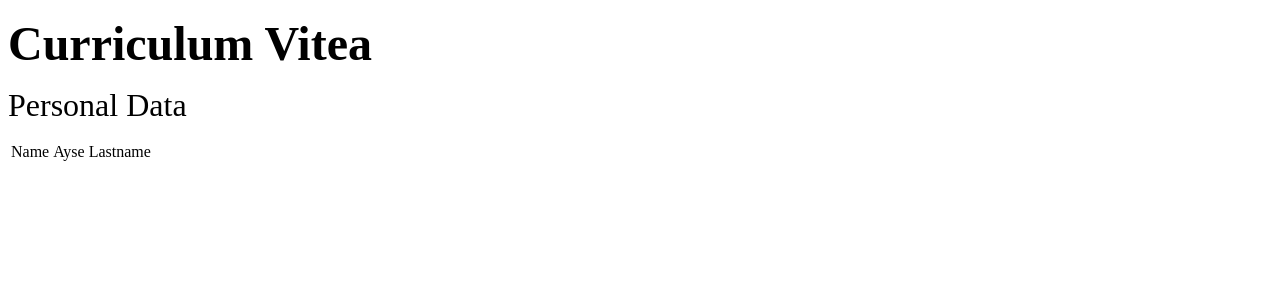
Repository: aysedo/html
Page: Week_2/profile/index.html
The author's editor kept a copy of each file at every save. The page is drawn from the files as they stood at one save, then again after the next save.
The browser window is 1280 px wide. The pictures show the whole page.

Above is the page before, as saved 2021-08-25 20:47:32.

### Week_2/profile/index.html
<!DOCTYPE html>
<html lang="en">
  <head>
    <meta charset="UTF-8" />
    <meta http-equiv="X-UA-Compatible" content="IE=edge" />
    <meta name="viewport" content="width=device-width, initial-scale=1.0" />
    <title>Document</title>
  </head>
  <body>
    <titel>
      <p align="center" ></p><b><font size="11">Curriculum Vitea </font></b></p></titel>
      <p> <font size="6">Personal Data</font></p>
      <table>
        <tr>
          <td> Name </td>
          <td> Ayse </td>
          <td> Lastname </td>
          <address> </address>
        </tr>
      </table>

  </body>
</html>

After the next save:
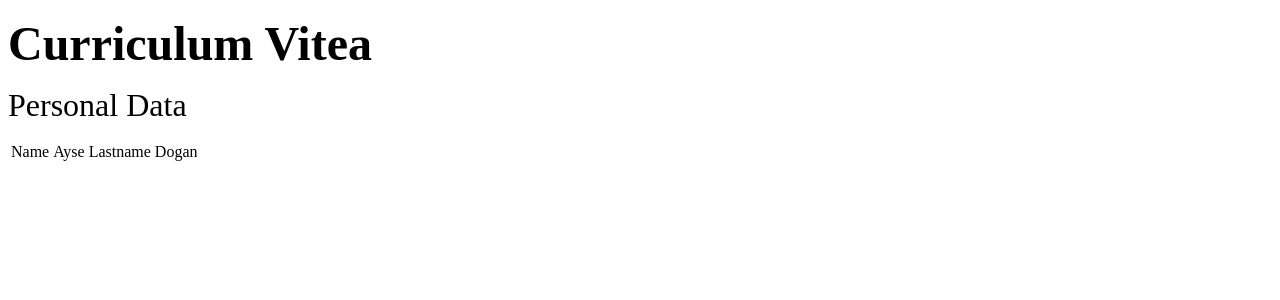
Saved 18 s later.
--- a/Week_2/profile/index.html
+++ b/Week_2/profile/index.html
@@ -15,6 +15,7 @@
           <td> Name </td>
           <td> Ayse </td>
           <td> Lastname </td>
+          <td> Dogan </td>
           <address> </address>
         </tr>
       </table>
